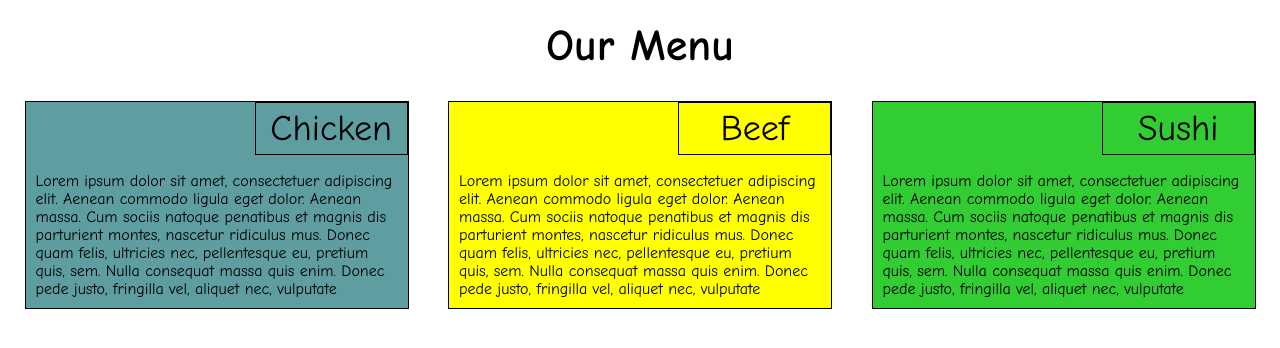
Repository: Normandy72/module2-solution
Page: index.html
These files come from the project's save history. The page is drawn as it stood at one moment and after the next save; the edit follows.
The browser window is 1280 px wide. The pictures show the whole page.

Above is the page before, as saved 2022-12-05 15:15:24.

After the next save:
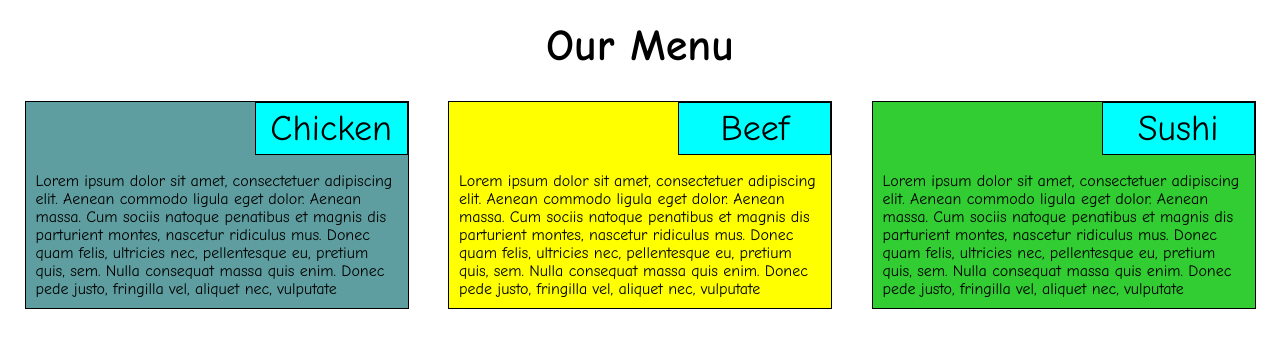
Saved 22 s later.
--- a/styles/style.css
+++ b/styles/style.css
@@ -54,3 +54,7 @@ h1{
 .card:nth-child(3){
     background-color: limegreen;
 }
+
+.card__name:nth-child(1){
+    background-color: aqua;
+}
